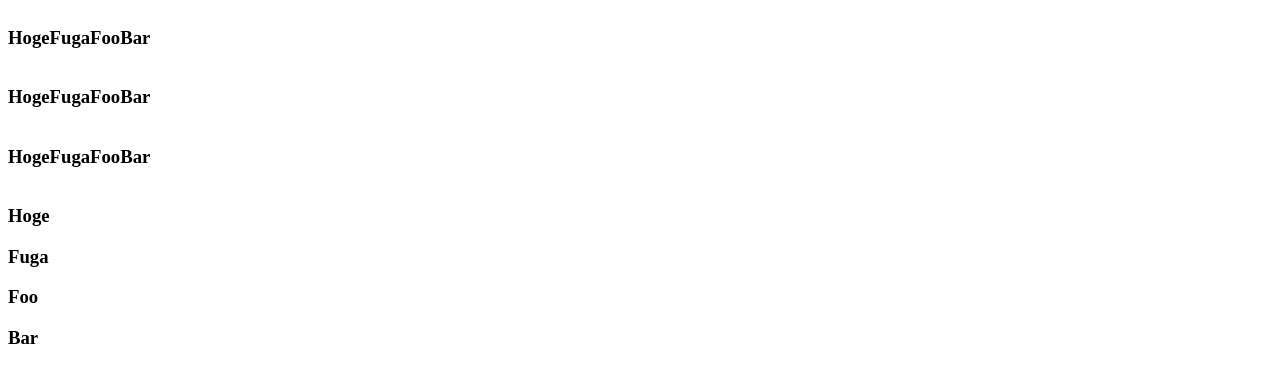
Repository: Ryota-Nonaka/samurai_HTML-CSS
Page: fuga/images/flex-box.1.html
The author's editor kept a record of every edit. The page is drawn from the files as they stood at one moment, then again after the next edit.
The browser window is 1280 px wide. The pictures show the whole page.

Above is the page before.

### fuga/images/flex-box.1.html
<!DOCTYPE html>
<html lang="ja">
<head>
    <style>
  #no-wrap{
      display: flex;
      flex-wrap: nowrap;
  }

  #wrap{
      display: flex;
      flex-wrap: wrap;
  }
  #no-wrap{
      display: flex;
      flex-wrap: wrap-reverse;
  }

    </style>
</head>
<body>
    <div id="no-wrap">
        <h3>Hoge</h3>
        <h3>Fuga</h3>
        <h3>Foo</h3>
        <h3>Bar</h3>
    </div>

    <div id="wrap">
        <h3>Hoge</h3>
        <h3>Fuga</h3>
        <h3>Foo</h3>
        <h3>Bar</h3>
    </div>
    <div id="no-wrap">
        <h3>Hoge</h3>
        <h3>Fuga</h3>
        <h3>Foo</h3>
        <h3>Bar</h3>
    </div>
    <div id="column-reverse">
       <h3>Hoge</h3>
       <h3>Fuga</h3>
       <h3>Foo</h3>
       <h3>Bar</h3>
    </div>
</body>
</html>

After the next edit:
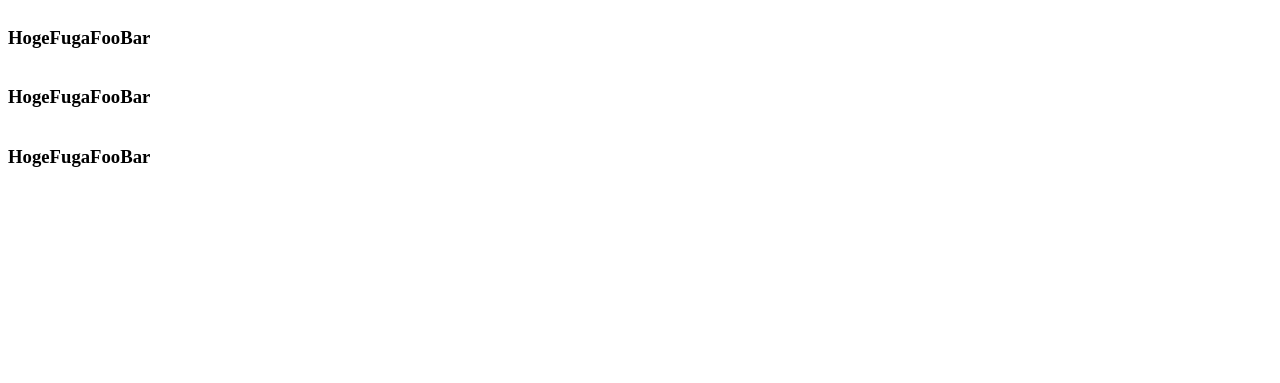
The edit:
--- a/fuga/images/flex-box.1.html
+++ b/fuga/images/flex-box.1.html
@@ -38,11 +38,6 @@
         <h3>Foo</h3>
         <h3>Bar</h3>
     </div>
-    <div id="column-reverse">
-       <h3>Hoge</h3>
-       <h3>Fuga</h3>
-       <h3>Foo</h3>
-       <h3>Bar</h3>
-    </div>
+
 </body>
 </html>
